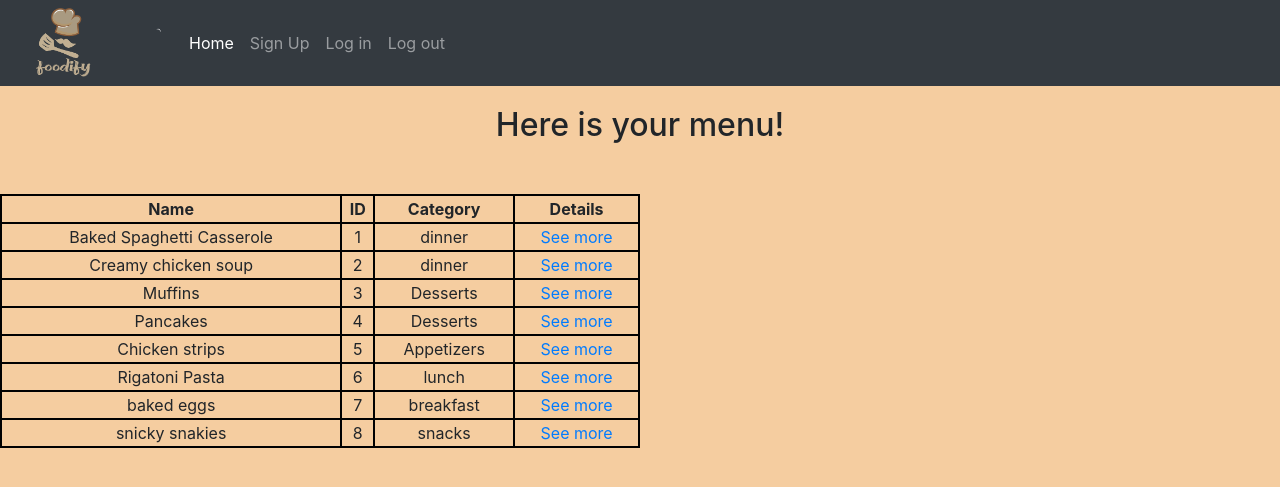
Repository: RanaHisham18/Foodify-Web-App
Page: Project IA raghda/usermenu.html
The author's editor kept a copy of each file at every save. The page is drawn from the files as they stood at one save, then again after the next save.
The browser window is 1280 px wide. The pictures show the whole page.

Above is the page before, as saved 2022-01-06 18:35:52.

### Project IA raghda/usermenu.html
<!DOCTYPE html>
<html lang="en">
<head>
    <meta charset="UTF-8">
    <meta http-equiv="X-UA-Compatible" content="IE=edge">
    <meta name="viewport" content="width=device-width, initial-scale=1.0">
    <link rel="stylesheet" href="https://maxcdn.bootstrapcdn.com/bootstrap/4.0.0/css/bootstrap.min.css"
     integrity="sha384-Gn5384xqQ1aoWXA+058RXPxPg6fy4IWvTNh0E263XmFcJlSAwiGgFAW/dAiS6JXm" crossorigin="anonymous">
     <link rel ="stylesheet" href="usermenu.css">
    <title>Document</title>
</head>
<body>
    <!--Navigation Bar-->
 <nav class="navbar navbar-expand-lg navbar-dark bg-dark sticky-top">
    <img class="image" src="images/foodify.png" alt="Foodify logo">

       <button class="navbar-toggler" type="button" data-bs-toggle="collapse" data-bs-target="#navbarScroll" aria-controls="navbarScroll" aria-expanded="false" aria-label="Toggle navigation">
         <span class="navbar-toggler-icon"></span>
       </button>
     <div class="container-fluid">
         <div class="collapse navbar-collapse" id="navbarScroll">
           <ul class="navbar-nav me-auto my-2 my-lg-0 navbar-nav-scroll" style="--bs-scroll-height: 100px;">
             <li class="nav-item">
               <a class="nav-link active" aria-current="page" href="home.php">Home</a>
             </li>
             <li class="nav-item">
               <a class="nav-link" href="register.php">Sign Up</a>
             </li>
             <li class="nav-item">
               <a class="nav-link" href="login.php">Log in</a>
             </li>
             <li class="nav-item">
               <a class="nav-link" href="login.php">Log out</a>

             </li>
           </ul>

         </div>
       </div>
   </nav>

   <h2>Here is your menu!</h2>

   <table class="usermenu">
<tr>
    <th>Name</th>
    <th>ID</th>
    <th>Category</th>
    <th>Details</th>
</tr>

<tr>
    <td> Baked Spaghetti Casserole</td>
    <td>1</td>
    <td>dinner</td>
    <td><a href="dinner.html">See more</a></td>
</tr>

<tr>
    <td>Creamy chicken soup</td>
    <td>2</td>
    <td>dinner</td>
    <td><a href="dinner.html">See more</a></td>
</tr>

<tr>
    <td>Muffins</td>
    <td>3</td>
    <td>Desserts</td>
    <td><a href="bakery.html">See more</a></td>
</tr>
<tr>
    <td>Pancakes</td>
    <td>4</td>
    <td>Desserts</td>
    <td><a href="bakery.html">See more</a></td>
</tr>
<tr>
    <td>Chicken strips</td>
    <td>5</td>
    <td>Appetizers</td>
    <td><a href="Appetizers.html">See more</a></td>
</tr>
<tr>
    <td>Rigatoni Pasta</td>
    <td>6</td>
    <td>lunch</td>
    <td><a href="lunch.html">See more</a></td>
</tr>
<tr>
    <td>baked eggs</td>
    <td>7</td>
    <td>breakfast</td>
    <td><a href="breakfast.html">See more</a></td>
</tr>
<tr>
    <td>snicky snakies</td>
    <td>8</td>
    <td>snacks</td>
    <td><a href="snacks.html">See more</a></td>
</tr>

   </table>
</body>
</html>

### Project IA raghda/usermenu.css
.image{
    cursor: pointer;
    height:70px;
     width:130px;
    margin-left: 20px;
  }
  .scroll{
      margin-top:200px;
      margin-left:50px;
  }
body
{
    background-color: #f5cda0;
}
h2{
    text-align: center;
    margin-top:  20px;
}
table, th, td {
    border:2px solid black;
  }

  .usermenu{
      width: 50%;
      text-align:center;
      margin-top: 50px;
      margin-left: px;
      margin-right: 15px;

  }

After the next save:
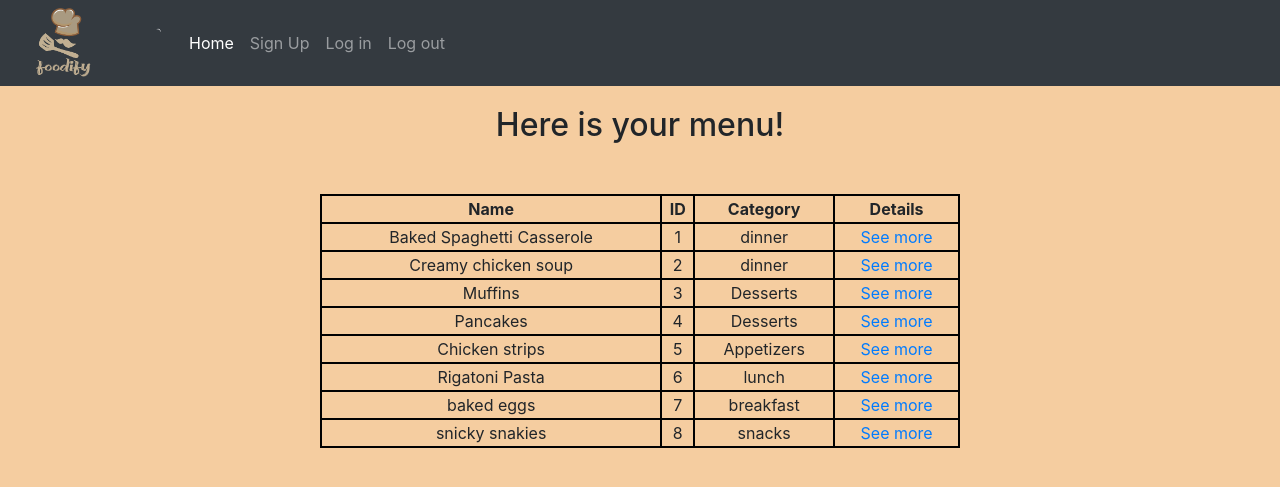
Saved 6 s later.
--- a/Project IA raghda/usermenu.css
+++ b/Project IA raghda/usermenu.css
@@ -24,7 +24,7 @@ table, th, td {
       width: 50%;
       text-align:center;
       margin-top: 50px;
-      margin-left: px;
+      margin-left: 25%;
       margin-right: 15px;
 
   }
